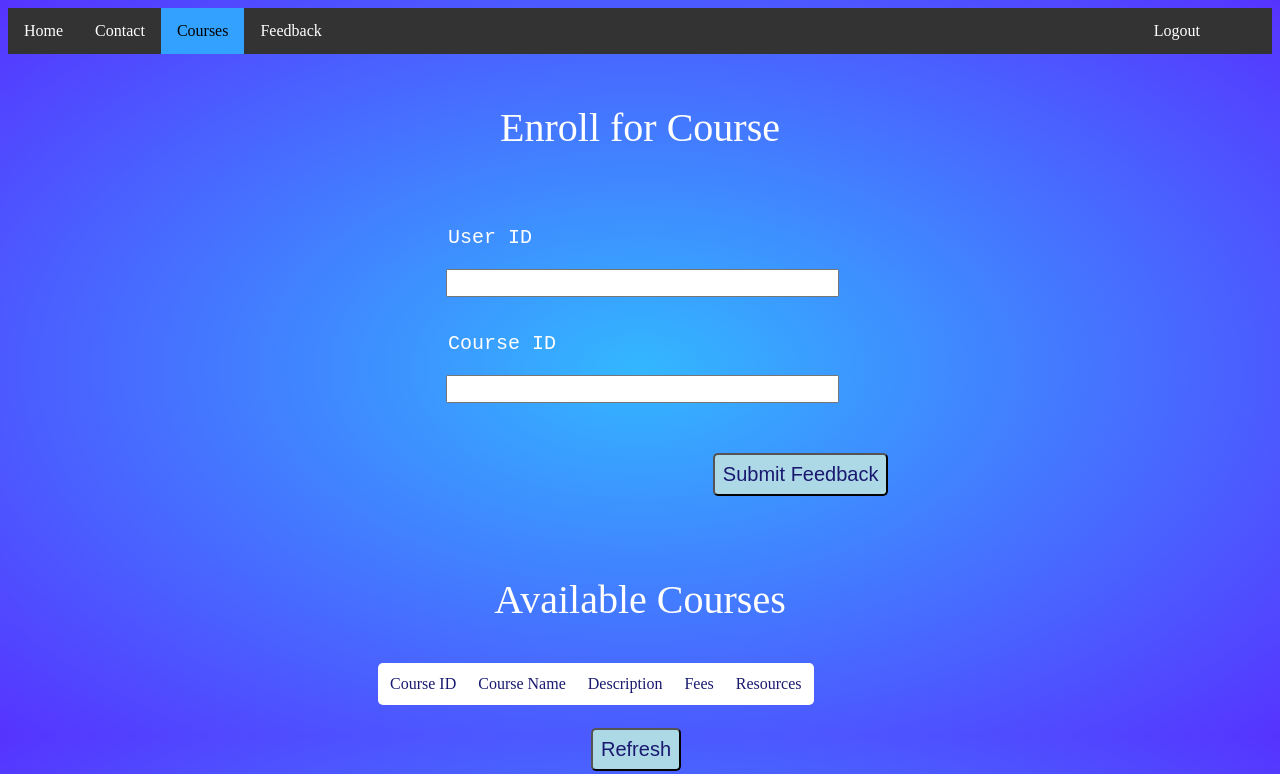
Repository: ShreyasG27/Amdocs-Training
Page: http://localhost/e-learning-frontend/courseuser.jsp
The author's editor kept a copy of each file at every save. The page is drawn from the files as they stood at one save, then again after the next save.
The browser window is 1280 px wide. The pictures show the whole page.
The page is served by Tomcat 9. Queries for data that is not in the repository find no rows.

Above is the page before, as saved 2021-08-25 03:46:00.

After the next save:
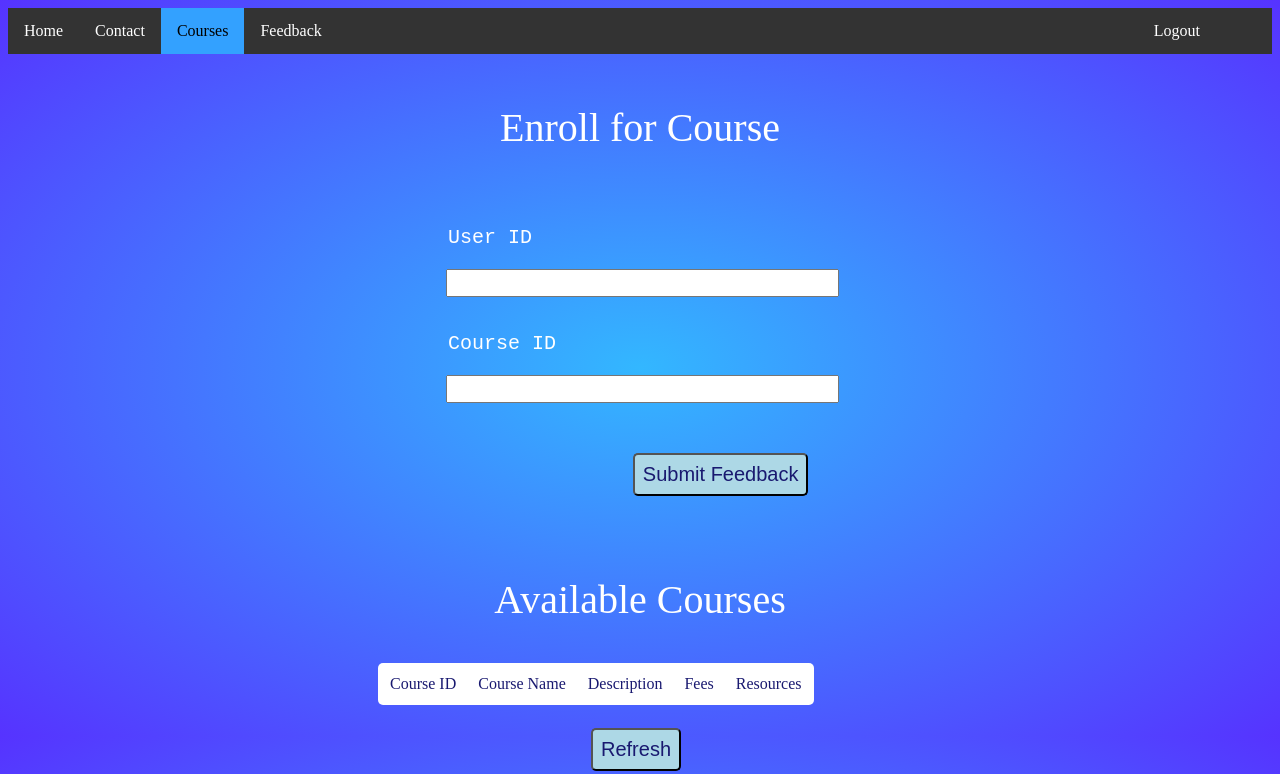
Saved 65 s later.
--- a/e-learning-frontend/src/main/webapp/courseuser.jsp
+++ b/e-learning-frontend/src/main/webapp/courseuser.jsp
@@ -132,7 +132,7 @@ cellpaddingleft:
     <p class="txtfld">Course ID</p> <input class="inputfld" type="number" name="courseid">
 
 
-                <input class="submitbutton" type="submit" value="Submit Feedback"><br>
+                <input class="deletebutton" type="submit" value="Submit Feedback"><br>
     </pre>
 </form>
 
